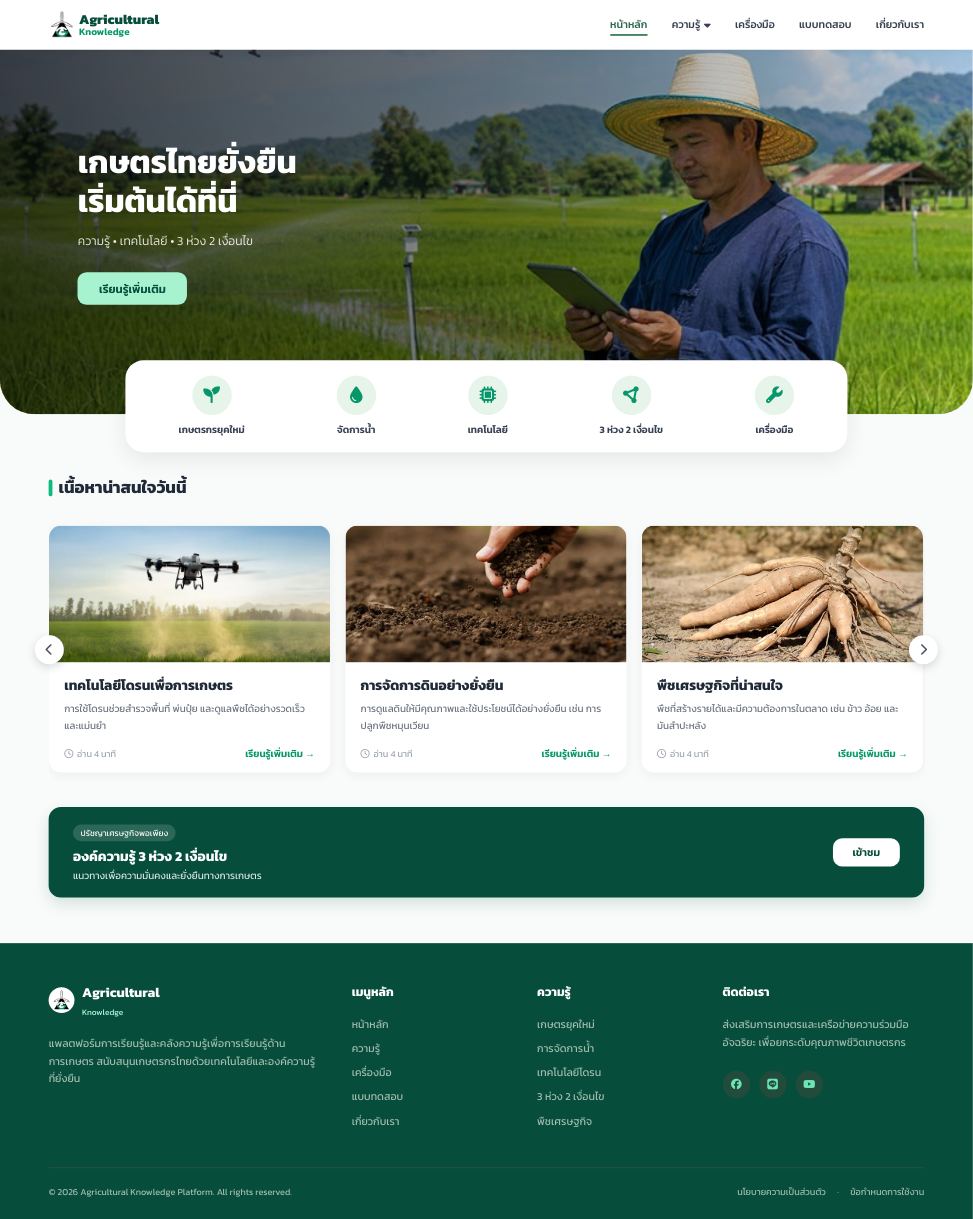
Repository: nuwat-wa/Project-WebdesignAG
Page: index.html
These files come from the project's save history. The page is drawn as it stood at one moment and after the next save; the edit follows.
The browser window is 1280 px wide. The pictures show the whole page, at 76% of full size.

Above is the page before, as saved 2026-10-03 21:50:20.

After the next save:
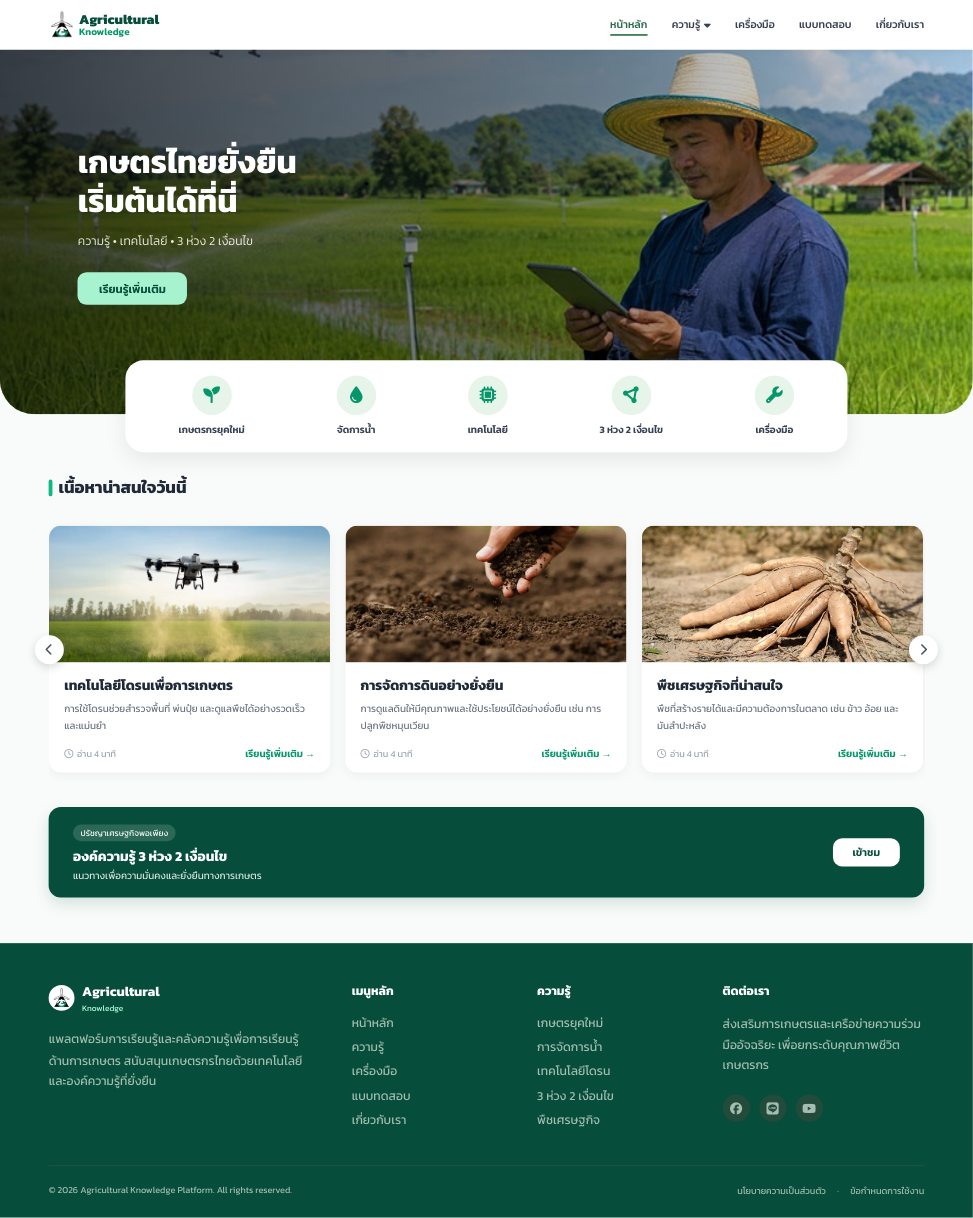
Saved 4 min 6 s later.
--- a/style/index.css
+++ b/style/index.css
@@ -551,38 +551,15 @@ body {
 .site-footer {
   width: 100%;
   padding: 50px 5% 25px;
+  background: #064e3b;
   color: #a4bdb0;
-  background: #064e3b;
-  font-size: 14px;
-  line-height: 1.7;
-}
-
-.site-footer a {
-  color: #a4bdb0;
-  text-decoration: none;
-}
-
-.site-footer a:hover {
-  color: #65dfb0;
 }
 
 .footer-top {
   width: 100%;
-  display: flex;
-  justify-content: space-between;
+  display: grid;
+  grid-template-columns: 1.6fr 0.9fr 0.9fr 1.2fr;
   gap: 45px;
-}
-
-.footer-about {
-  flex: 1.6;
-}
-
-.footer-column {
-  flex: 0.9;
-}
-
-.footer-contact {
-  flex: 1.2;
 }
 
 .footer-logo {
@@ -611,14 +588,17 @@ body {
   justify-content: center;
 }
 
+.footer-logo strong,
+.footer-logo small {
+  display: block;
+}
+
 .footer-logo strong {
-  display: block;
   color: white;
   font-size: 18px;
 }
 
 .footer-logo small {
-  display: block;
   color: #b3ffe1;
   font-size: 11px;
 }
@@ -629,6 +609,11 @@ body {
   font-size: 16px;
 }
 
+.site-footer p {
+  margin: 0;
+  line-height: 1.7;
+}
+
 .site-footer ul {
   padding: 0;
   list-style: none;
@@ -638,6 +623,15 @@ body {
   margin-bottom: 8px;
 }
 
+.site-footer a {
+  color: #a4bdb0;
+  text-decoration: none;
+}
+
+.site-footer a:hover {
+  color: #65dfb0;
+}
+
 .footer-social {
   display: flex;
   gap: 12px;
@@ -647,23 +641,22 @@ body {
 .footer-social a {
   width: 36px;
   height: 36px;
-  display: flex;
-  align-items: center;
-  justify-content: center;
-  color: #6ce4b6;
   background: #224b3b;
   border-radius: 50%;
+  display: flex;
+  align-items: center;
+  justify-content: center;
 }
 
 .footer-bottom {
   width: 100%;
   margin-top: 40px;
   padding-top: 22px;
+  border-top: 1px solid #2b5140;
   display: flex;
   align-items: center;
   justify-content: space-between;
   gap: 20px;
-  border-top: 1px solid #2b5140;
   font-size: 12px;
 }
 
